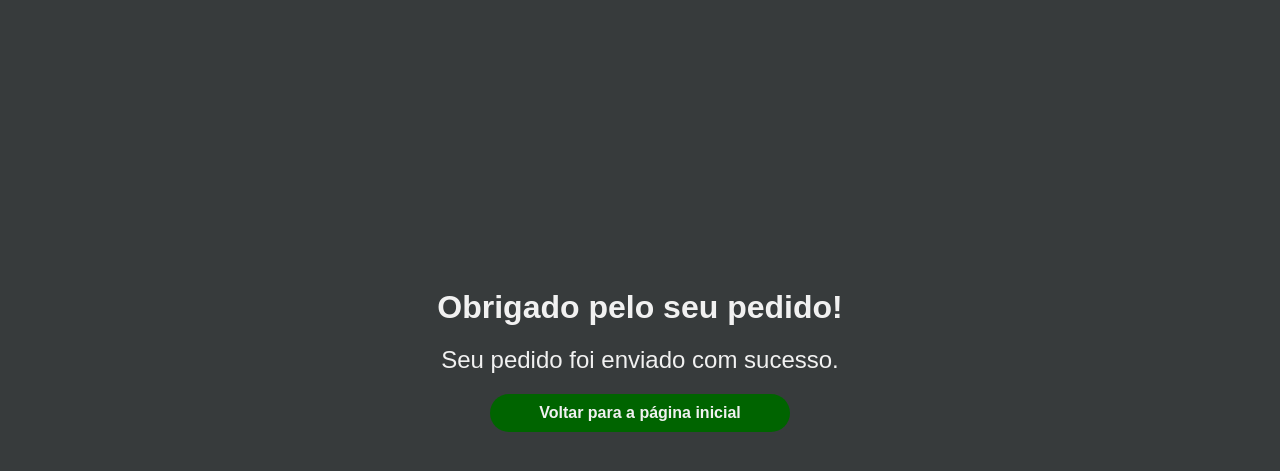
Repository: Marinalr-25/Projeto-Aparelhos-de-Academia
Page: thanks.html
These files come from the project's save history. The page is drawn as it stood at one moment and after the next save; the edit follows.
The browser window is 1280 px wide. The pictures show the whole page.

Above is the page before, as saved 2025-01-14 14:20:10.

### thanks.html
<!DOCTYPE html>
<html lang="en">
  <head>
    <meta charset="UTF-8" />
    <meta name="viewport" content="width=device-width, initial-scale=1.0" />
    <link rel="stylesheet" href="css/thanks.css" />
    <link rel="stylesheet" href="css/temas.css" />
    <title>Obrigada!</title>
  </head>

  <style>
    a {
      font-size: 20px;
    }
  </style>
  <body>
    <h1 class="h1">Obrigado pelo seu pedido!</h1>
    <p class="paragrafo">Seu pedido foi enviado com sucesso.</p>
    <button class="button" onclick="window.location.href='telaPrincipal.html'">
      Voltar para a página inicial
    </button>
  </body>
</html>

### css/thanks.css
* {
  margin: 0;
  padding: 0;
  box-sizing: border-box;
}

html {
  font-size: 62.5%;
}

body {
  font-family: 'Montserrat', sans-serif;
  background-color: #373b3c;
  color: #f1f1f1;
  display: flex;
  flex-direction: column;
  justify-content: center;
  align-items: center;
  gap: 2rem;
  height: 100svh;
}

.h1 {
  font-size: 3.2rem;
}
.paragrafo {
  font-size: 2.4rem;
}

.button {
  outline: none;
  border: none;
  padding: 1rem 2rem;
  border-radius: 5rem;
  font-size: 1.6rem;
  font-weight: 600;
  background-color: var(--cor-fundo);
  color: var(--clara);
  width: 30rem;
  animation: barra 1s linear;
  transition: all 0.3s;

  &:hover {
    background-color: var(--cor-texto);
  }
}

@keyframes barra {
  0% {
    width: 0rem;
  }
  100% {
    width: 100%;
    background-color: var(--cor-texto);
  }
}

### css/temas.css
:root {
  --cor-fundo: #006400;
  --cor-texto: #00c957;
  --verde-primario: #006400;
  --verde-secundario: #00c957;
  --azul-primario: #0d6bb2;
  --azul-secundario: #83e3ff;
  --rosa-primario: #ae2478;
  --rosa-secundario: #eed3e4;
  --vermelho-primario: #a50000;
  --vermelho-secundario: #e4b2b2;
  --roxo-primario: #4c4c99;
  --roxo-secundario: #c9c9e0;
  --laranja-primario: #ff6c37;
  --laranja-secundario: #ffd2c3;
}

.pop-up-temas {
  display: none;
  opacity: 0;
  transition: opacity 0.3s ease, transform 0.3s ease;
  &.aberto {
    display: flex;
    position: fixed;
    top: 50%;
    left: 50%;
    transform: translate(-50%, -50%);
    opacity: 1;
    height: 18rem;
    background-color: rgba(0, 0, 0, 0.95);
    border-radius: 1.5rem;

    & .container {
      display: flex;
      justify-content: center;
      align-items: center;
      gap: 1rem;
      flex-direction: row;
      padding: 2rem;
      max-width: 65rem;
      position: relative;

      & .bolinha {
        width: 4rem;
        height: 4rem;
        margin: 0.5rem;
        border-radius: 50%;

        &.verde {
          background: linear-gradient(
            to right,
            var(--verde-primario) 50%,
            var(--verde-secundario) 50%
          );
        }
        &.azul {
          background: linear-gradient(
            to right,
            var(--azul-primario) 50%,
            var(--azul-secundario) 50%
          );
        }

        &.rosa {
          background: linear-gradient(
            to right,
            var(--rosa-primario) 50%,
            var(--rosa-secundario) 50%
          );
        }
        &.vermelho {
          background: linear-gradient(
            to right,
            var(--vermelho-primario) 50%,
            var(--vermelho-secundario) 50%
          );
        }
        &.roxo {
          background: linear-gradient(
            to right,
            var(--roxo-primario) 50%,
            var(--roxo-secundario) 50%
          );
        }
        &.laranja {
          background: linear-gradient(
            to right,
            var(--laranja-primario) 50%,
            var(--laranja-secundario) 50%
          );
        }
      }
      & .icone-fechar {
        display: block;
        position: absolute;
        top: 0;
        right: 0;
        color: var(--cor-fundo);
        z-index: 10001;
        width: 5rem;
        height: 5rem;
      }
    }
  }
}

After the next save:
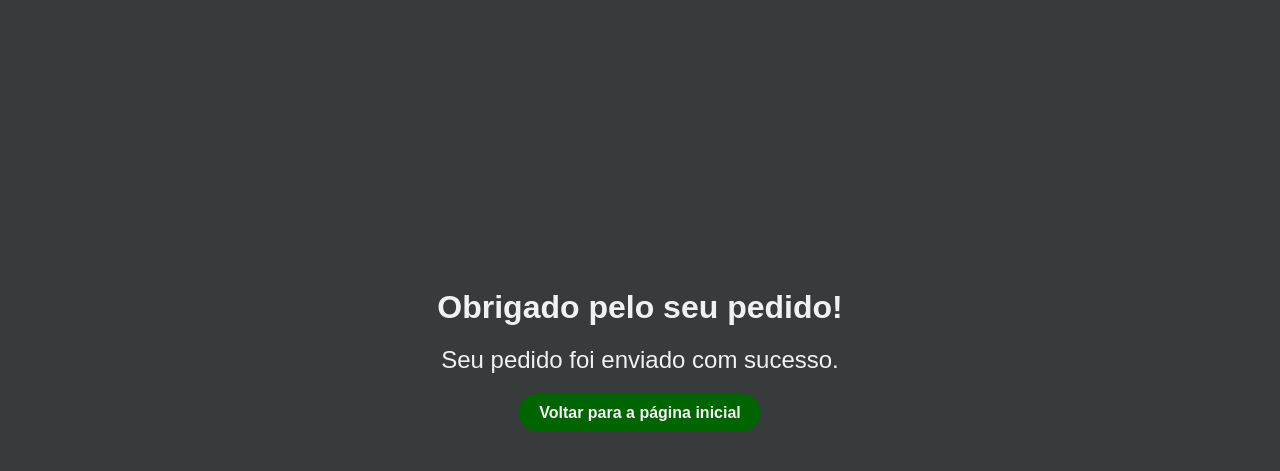
Saved 26 s later.
--- a/css/thanks.css
+++ b/css/thanks.css
@@ -36,9 +36,12 @@ body {
   font-weight: 600;
   background-color: var(--cor-fundo);
   color: var(--clara);
-  width: 30rem;
   animation: barra 1s linear;
   transition: all 0.3s;
+
+  &::after {
+    width: 30rem;
+  }
 
   &:hover {
     background-color: var(--cor-texto);
